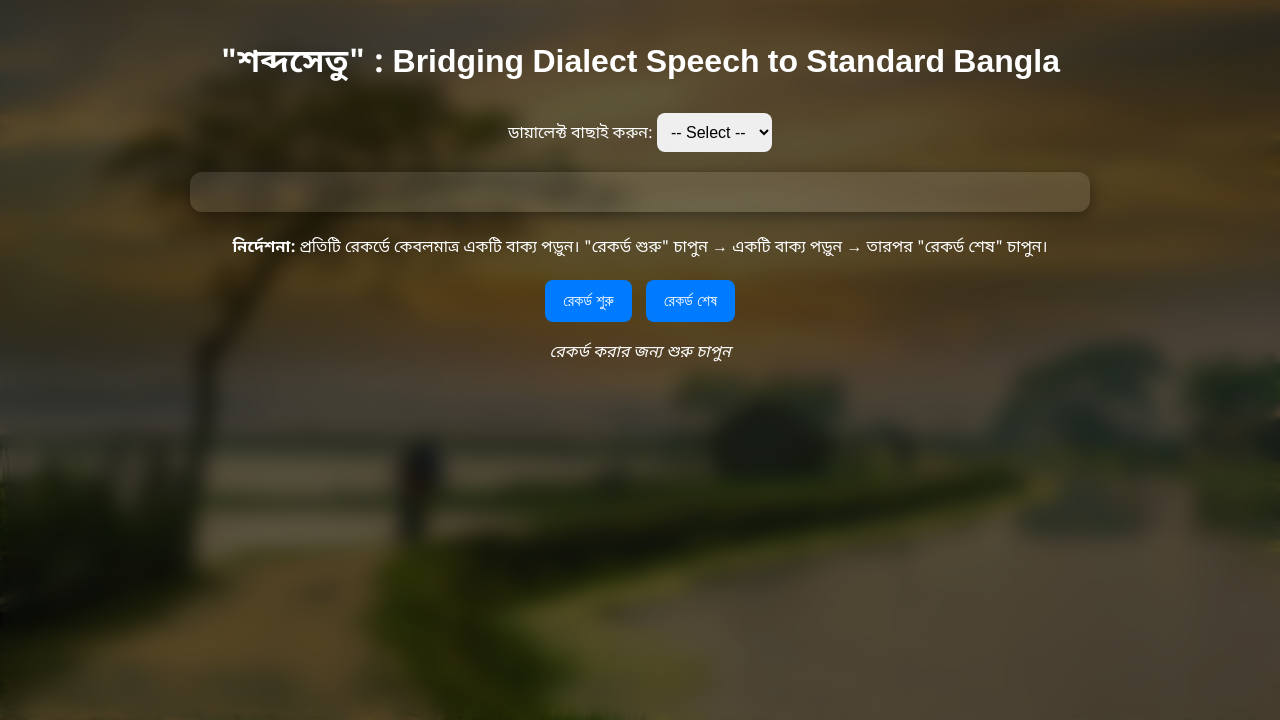
Repository: Sayeem-Velocity/shobdotori-where-dialects-flow-into-bangla
Page: index.html
The author's editor kept a copy of each file at every save. The page is drawn from the files as they stood at one save, then again after the next save.
The browser window is 1280 px wide. The pictures show the whole page.

Above is the page before, as saved 2025-08-31 15:00:06.
Console error: SyntaxError: Identifier 'sentences' has already been declared

### index.html
<!DOCTYPE html>
<html lang="bn">
<head>
  <meta charset="UTF-8">
  <meta name="viewport" content="width=device-width, initial-scale=1.0">
  <title>শব্দসেতু : Bridging Dialect Speech to Standard Bangla</title>
  <link rel="stylesheet" href="css/style.css">
  <link rel="icon" type="image/png" href="images/image.png">
</head>
<body>
  <div class="overlay"></div>
  <div class="container">
    <h1 class="title">"শব্দসেতু" : Bridging Dialect Speech to Standard Bangla</h1>

    <!-- Dropdown -->
    <div class="dropdown">
      <label for="dialect">ডায়ালেক্ট বাছাই করুন:</label>
      <select id="dialect">
        <option value="">-- Select --</option>
        <option value="mymensingh">ময়মনসিংহ</option>
        <option value="comilla">কুমিল্লা</option>
        <option value="noakhali">নোয়াখালী</option>
        <option value="feni">ফেনী</option>
        <option value="brahmanbaria">ব্রাহ্মণবাড়িয়া</option>
        <option value="gaibandha">গাইবান্ধা</option>
        <option value="kurigram">কুড়িগ্রাম</option>
        <option value="jessore">যশোর</option>
        <option value="kushtia">কুষ্টিয়া</option>
        <option value="jhenaidah">ঝিনাইদহ</option>
        <option value="bagerhat">বাগেরহাট</option>
        <option value="khulna">খুলনা</option>
        <option value="patuakhali">পটুয়াখালী</option>
        <option value="bhola">ভোলা</option>
        <option value="panchagarh">পঞ্চগড়</option>
        <option value="lalmonirhat">লালমনিরহাট</option>
        <option value="dinajpur">দিনাজপুর</option>
        <option value="rajshahi">রাজশাহী</option>
        <option value="natore">নাটোর</option>
        <option value="pabna">পাবনা</option>
        <option value="sirajganj">সিরাজগঞ্জ</option>
        <option value="chandpur">চাঁদপুর</option>
        <option value="lakshmipur">লক্ষ্মীপুর</option>
        <option value="sandwip">সন্দ্বীপ</option>
      </select>
    </div>

    <!-- Sentences -->
    <div id="sentences" class="sentence-box"></div>

    <!-- Recorder -->
    <div class="recorder">
      <p><b>নির্দেশনা:</b> প্রতিটি রেকর্ডে কেবলমাত্র একটি বাক্য পড়ুন।
      "রেকর্ড শুরু" চাপুন → একটি বাক্য পড়ুন → তারপর "রেকর্ড শেষ" চাপুন।</p>

      <button id="startBtn">রেকর্ড শুরু</button>
      <button id="stopBtn" disabled>রেকর্ড শেষ</button>
      <p id="status">রেকর্ড করার জন্য শুরু চাপুন</p>
    </div>
  </div>

  <script src="js/app.js"></script>
</body>
</html>

### css/style.css
body {
  margin: 0;
  font-family: "Noto Sans Bengali", sans-serif;
  color: #fff;
  background: url("../images/image1.png") no-repeat center center fixed;
  background-size: cover;
  overflow-x: hidden;
  position: relative;
}

/* blur overlay */
.overlay {
  position: fixed;
  top: 0; left: 0; right: 0; bottom: 0;
  background: rgba(0, 0, 0, 0.6);

  /* Blur for modern browsers */
  backdrop-filter: blur(10px);

  /* Safari / iOS fallback */
  -webkit-backdrop-filter: blur(10px);

  z-index: -1;
}

.container {
  max-width: 900px;
  margin: auto;
  padding: 30px;
  text-align: center;
  animation: fadeIn 2s ease-in-out;
}

.title {
  font-size: 32px;
  margin-bottom: 20px;
  animation: float 3s ease-in-out infinite;
}

.dropdown {
  margin-bottom: 20px;
}

select {
  padding: 10px;
  border-radius: 8px;
  border: none;
  font-size: 16px;
}

.sentence-box {
  background: rgba(255,255,255,0.1);
  border-radius: 12px;
  padding: 20px;
  margin-top: 20px;
  text-align: left;
  max-height: 300px;
  overflow-y: auto;
  box-shadow: 0 4px 15px rgba(0,0,0,0.4);
}

.sentence-box p {
  padding: 8px;
  border-bottom: 1px solid rgba(255,255,255,0.2);
  transition: transform 0.2s;
}

.sentence-box p:hover {
  transform: scale(1.05);
  background: rgba(255,255,255,0.15);
  cursor: pointer;
}

.recorder {
  margin-top: 25px;
}

button {
  background: #007bff;
  color: white;
  border: none;
  padding: 12px 18px;
  margin: 5px;
  border-radius: 8px;
  font-size: 16px;
  transition: all 0.3s;
}

button:hover {
  background: #0056b3;
  transform: translateY(-2px);
}

#status {
  margin-top: 15px;
  font-style: italic;
}

@keyframes float {
  0% { transform: translateY(0);}
  50% { transform: translateY(-10px);}
  100% { transform: translateY(0);}
}

@keyframes fadeIn {
  from { opacity: 0;}
  to { opacity: 1;}
}

### js/app.js
// Sentences
const sentences = [
  "তুমি এখন কোথায় যাচ্ছো?", "আমি আজকে বাড়ি যাচ্ছি।", "এখন কয়টা বাজে বলো?", "দুপুর ইতিমধ্যেই হয়ে গেছে।",
  // ... include all 100 sentences as before
];

const sentenceBox = document.getElementById("sentences");
sentences.forEach((s, i) => {
  const p = document.createElement("p");
  p.textContent = (i+1) + ". " + s;
  sentenceBox.appendChild(p);
});

// 🎤 Recording
let mediaRecorder;
let audioChunks = [];
let fileIndexMap = {}; // counters per dialect

const startBtn = document.getElementById("startBtn");
const stopBtn = document.getElementById("stopBtn");
const status = document.getElementById("status");
const dialectSelect = document.getElementById("dialect");

startBtn.onclick = async () => {
  const dialect = dialectSelect.value;
  if (!dialect) {
    alert("প্রথমে একটি ডায়ালেক্ট নির্বাচন করুন");
    return;
  }

  // init counter
  if (!(dialect in fileIndexMap)) fileIndexMap[dialect] = 0;

  const stream = await navigator.mediaDevices.getUserMedia({ audio: true });
  mediaRecorder = new MediaRecorder(stream);
  mediaRecorder.start();
  audioChunks = [];

  mediaRecorder.ondataavailable = e => audioChunks.push(e.data);

  mediaRecorder.onstop = () => {
    const blob = new Blob(audioChunks, { type: "audio/wav" });
    const url = URL.createObjectURL(blob);

    const fileName = `${dialect}_train (${fileIndexMap[dialect]++}).wav`;

    // Trigger browser download (user must save into D:\BanglaSpeechUI\audio\<dialect>)
    const a = document.createElement("a");
    a.href = url;
    a.download = fileName;
    a.click();

    status.textContent = `ফাইল সংরক্ষিত হয়েছে: ${fileName}`;
  };

  status.textContent = "রেকর্ড চলছে... এখন একটি বাক্য পড়ুন।";
  startBtn.disabled = true;
  stopBtn.disabled = false;
};

stopBtn.onclick = () => {
  mediaRecorder.stop();
  status.textContent = "রেকর্ড শেষ হয়েছে। নতুন রেকর্ড শুরু করতে উপরের বোতাম চাপুন।";
  startBtn.disabled = false;
  stopBtn.disabled = true;
};
// Sentences
const sentences = [
  "তুমি এখন কোথায় যাচ্ছো?", "আমি আজকে বাড়ি যাচ্ছি।", "এখন কয়টা বাজে বলো?", "দুপুর ইতিমধ্যেই হয়ে গেছে।",
  // ... include all 100 sentences as before
];

const sentenceBox = document.getElementById("sentences");
sentences.forEach((s, i) => {
  const p = document.createElement("p");
  p.textContent = (i+1) + ". " + s;
  sentenceBox.appendChild(p);
});

// 🎤 Recording
let mediaRecorder;
let audioChunks = [];
let fileIndexMap = {}; // counters per dialect

const startBtn = document.getElementById("startBtn");
const stopBtn = document.getElementById("stopBtn");
const status = document.getElementById("status");
const dialectSelect = document.getElementById("dialect");

startBtn.onclick = async () => {
  const dialect = dialectSelect.value;
  if (!dialect) {
    alert("প্রথমে একটি ডায়ালেক্ট নির্বাচন করুন");
    return;
  }

  // init counter
  if (!(dialect in fileIndexMap)) fileIndexMap[dialect] = 0;

  const stream = await navigator.mediaDevices.getUserMedia({ audio: true });
  mediaRecorder = new MediaRecorder(stream);
  mediaRecorder.start();
  audioChunks = [];

  mediaRecorder.ondataavailable = e => audioChunks.push(e.data);

  mediaRecorder.onstop = () => {
    const blob = new Blob(audioChunks, { type: "audio/wav" });
    const url = URL.createObjectURL(blob);

    const fileName = `${dialect}_train (${fileIndexMap[dialect]++}).wav`;

    // Trigger browser download (user must save into D:\BanglaSpeechUI\audio\<dialect>)
    const a = document.createElement("a");
    a.href = url;
    a.download = fileName;
    a.click();

    status.textContent = `ফাইল সংরক্ষিত হয়েছে: ${fileName}`;
  };

  status.textContent = "রেকর্ড চলছে... এখন একটি বাক্য পড়ুন।";
  startBtn.disabled = true;
  stopBtn.disabled = false;
};

stopBtn.onclick = () => {
  mediaRecorder.stop();
  status.textContent = "রেকর্ড শেষ হয়েছে। নতুন রেকর্ড শুরু করতে উপরের বোতাম চাপুন।";
  startBtn.disabled = false;
  stopBtn.disabled = true;
};

After the next save:
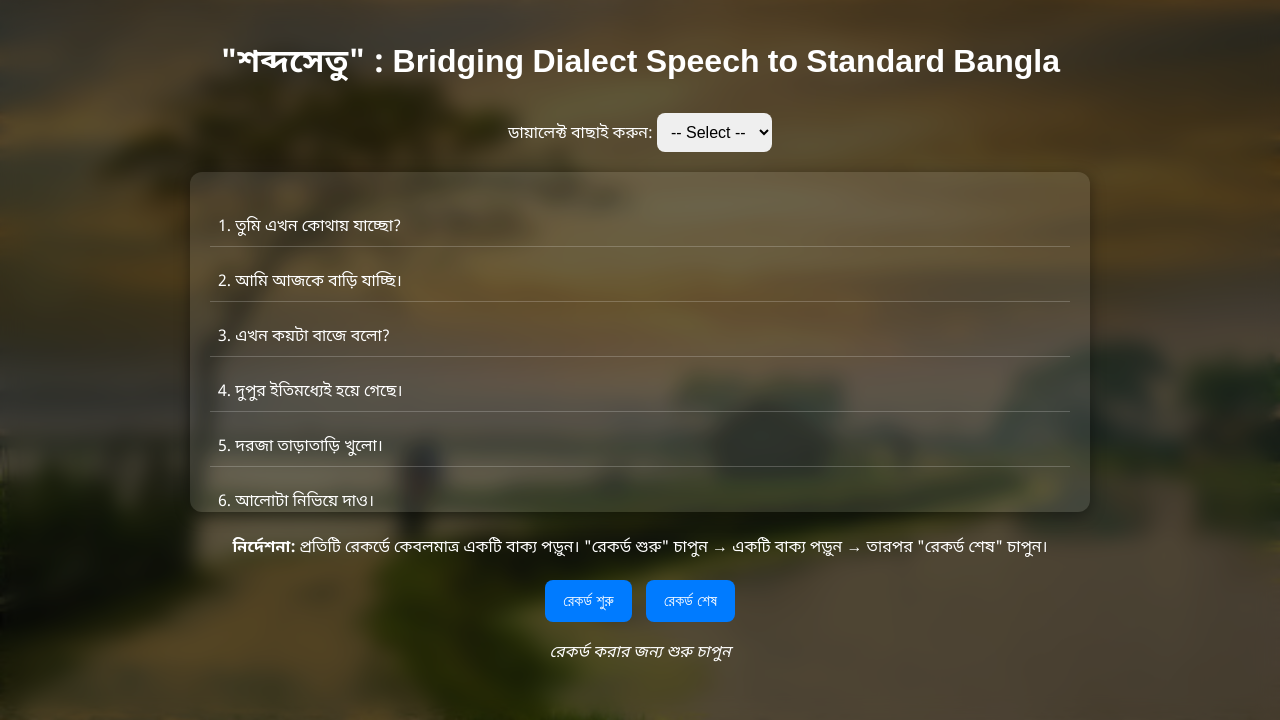
The error is gone.
Saved 11 s later.
--- a/js/app.js
+++ b/js/app.js
@@ -1,9 +1,33 @@
-// Sentences
+// ✅ 100 Bangla sentences
 const sentences = [
   "তুমি এখন কোথায় যাচ্ছো?", "আমি আজকে বাড়ি যাচ্ছি।", "এখন কয়টা বাজে বলো?", "দুপুর ইতিমধ্যেই হয়ে গেছে।",
-  // ... include all 100 sentences as before
+  "দরজা তাড়াতাড়ি খুলো।", "আলোটা নিভিয়ে দাও।", "আমি কিছু খেতে চাই।", "ভাত একেবারে হয়ে গেছে।",
+  "আমাকে একটু পানি দাও।", "আমি আজ খুব ক্লান্ত।", "চল আমরা বাইরে যাই।", "আমি এখনই আসছি।",
+  "তুমি কি কাল আসবে?", "আজকে খুব গরম লাগছে।", "বাইরে বৃষ্টি পড়ছে।", "ছাতা নিয়ে যাও এখন।",
+  "তুমি আজ কেমন আছো?", "আমি খুব ভালো আছি।", "এখানে এসে বসো।", "ওই বইটা আমাকে দাও।",
+  "তোমার নামটা কী বলো?", "আমার নাম রফিক হাসান।", "তুমি কোথা থেকে আসছো?", "আমি চট্টগ্রাম শহর থেকে।",
+  "তুমি কি পড়াশোনা করছো?", "আমি এখন বাংলা পড়ছি।", "দরজায় কে দাঁড়িয়েছে?", "আমি এখানেই ছিলাম।",
+  "তুমি কি এখন ব্যস্ত?", "হ্যাঁ, আমি একটু ব্যস্ত।", "তুমি কি কিছু খাবে?", "আমি এক কাপ চা খাবো।",
+  "ভাত খাওয়া শেষ হয়েছে?", "হ্যাঁ, এখনই শেষ হয়েছে।", "তুমি কি গান শুনছো?", "হ্যাঁ, আমি গান শুনছি।",
+  "আমি মাঝে মাঝে গান গাই।", "টিভি এখনই চালাও।", "টিভি তাড়াতাড়ি বন্ধ করো।", "আমি বই পড়তে চাই।",
+  "তোমার কলমটা কোথায়?", "কলমটা এখানেই আছে।", "আমাকে মোবাইলটা দাও তো।", "ফোনের চার্জ শেষ হয়ে গেছে।",
+  "তোমার বাসা কোথায় বলো?", "আমার বাসা ঢাকার ভিতরে।", "আজ শুক্রবার সকাল।", "আগামীকাল ছুটির দিন।",
+  "তুমি কি সত্যিই আসবে?", "হ্যাঁ, আমি অবশ্যই আসবো।", "তুমি আজ কেমন আছো?", "আমি মোটামুটি ভালো আছি।",
+  "আজ আমি খুব খুশি।", "আমি অনেক দুঃখিত আছি।", "আমাকে ক্ষমা করে দাও।", "তোমাকে অনেক ধন্যবাদ।",
+  "তুমি কি কফি খাবে?", "না, আমি শুধু চা খাবো।", "এখন আমার ঘুম পাচ্ছে।", "আমি ঘুমাতে যাচ্ছি।",
+  "দরজাটা বন্ধ করে দাও।", "জানালাটা একটু খুলো।", "শীতল বাতাস আসছে।", "বৃষ্টি এখন থেমে গেছে।",
+  "আমি কোথায় যাবো এখন?", "তুমি বাজারে চলে যাও।", "বাজার কতদূরে আছে?", "বাজারটা খুব কাছেই আছে।",
+  "আমি হাঁটতে যাবো এখন।", "চল আমরা একসাথে হাঁটি।", "আমি নতুন বন্ধু চাই।", "তুমি আমার সেরা বন্ধু।",
+  "তুমি কি এখন খুশি?", "হ্যাঁ, আমি সত্যিই খুশি।", "আজ স্কুল বন্ধ রয়েছে।", "আমি খেলতে যাচ্ছি।",
+  "তুমি কি ফুটবল খেলবে?", "না, আমি ক্রিকেট খেলবো।", "আজ ম্যাচ শুরু হয়েছে।", "বাংলাদেশ আজ জিতেছে।",
+  "আমি গান শুনছি এখন।", "তুমি কী পড়ছো বলো?", "হ্যাঁ, আমি বাংলা পড়ছি।", "আমি কবিতা লিখছি।",
+  "তুমি কী কাজ করছো?", "আমি রান্না করছি এখন।", "খাওয়া তৈরি হয়েছে কি?", "হ্যাঁ, এখনই তৈরি হয়েছে।",
+  "খেতে এসো সবাই।", "আমি তাড়াতাড়ি আসছি।", "আমাকে এখনই ডাকো।", "তুমি কই গিয়েছিলে বলো?",
+  "আমি বাজারে গিয়েছিলাম।", "তুমি কী কিনেছো বলো?", "আমি ফলমূল কিনেছি।", "এই আমটা খুব মিষ্টি।",
+  "আমি লিচু খেতে চাই।", "দুধটা এখন গরম আছে।", "চাল আনো ঘরের ভিতর।", "ডালটা আমাকে দাও।"
 ];
 
+// Load sentences in UI
 const sentenceBox = document.getElementById("sentences");
 sentences.forEach((s, i) => {
   const p = document.createElement("p");
@@ -28,7 +52,6 @@ startBtn.onclick = async () => {
     return;
   }
 
-  // init counter
   if (!(dialect in fileIndexMap)) fileIndexMap[dialect] = 0;
 
   const stream = await navigator.mediaDevices.getUserMedia({ audio: true });
@@ -44,7 +67,7 @@ startBtn.onclick = async () => {
 
     const fileName = `${dialect}_train (${fileIndexMap[dialect]++}).wav`;
 
-    // Trigger browser download (user must save into D:\BanglaSpeechUI\audio\<dialect>)
+    // Trigger download
     const a = document.createElement("a");
     a.href = url;
     a.download = fileName;
@@ -53,80 +76,14 @@ startBtn.onclick = async () => {
     status.textContent = `ফাইল সংরক্ষিত হয়েছে: ${fileName}`;
   };
 
-  status.textContent = "রেকর্ড চলছে... এখন একটি বাক্য পড়ুন।";
+  status.textContent = "রেকর্ড চলছে... একটি মাত্র বাক্য পড়ুন।";
   startBtn.disabled = true;
   stopBtn.disabled = false;
 };
 
 stopBtn.onclick = () => {
   mediaRecorder.stop();
-  status.textContent = "রেকর্ড শেষ হয়েছে। নতুন রেকর্ড শুরু করতে উপরের বোতাম চাপুন।";
+  status.textContent = "রেকর্ড শেষ হয়েছে। পরের বাক্যের জন্য আবার 'রেকর্ড শুরু' চাপুন।";
   startBtn.disabled = false;
   stopBtn.disabled = true;
 };
-// Sentences
-const sentences = [
-  "তুমি এখন কোথায় যাচ্ছো?", "আমি আজকে বাড়ি যাচ্ছি।", "এখন কয়টা বাজে বলো?", "দুপুর ইতিমধ্যেই হয়ে গেছে।",
-  // ... include all 100 sentences as before
-];
-
-const sentenceBox = document.getElementById("sentences");
-sentences.forEach((s, i) => {
-  const p = document.createElement("p");
-  p.textContent = (i+1) + ". " + s;
-  sentenceBox.appendChild(p);
-});
-
-// 🎤 Recording
-let mediaRecorder;
-let audioChunks = [];
-let fileIndexMap = {}; // counters per dialect
-
-const startBtn = document.getElementById("startBtn");
-const stopBtn = document.getElementById("stopBtn");
-const status = document.getElementById("status");
-const dialectSelect = document.getElementById("dialect");
-
-startBtn.onclick = async () => {
-  const dialect = dialectSelect.value;
-  if (!dialect) {
-    alert("প্রথমে একটি ডায়ালেক্ট নির্বাচন করুন");
-    return;
-  }
-
-  // init counter
-  if (!(dialect in fileIndexMap)) fileIndexMap[dialect] = 0;
-
-  const stream = await navigator.mediaDevices.getUserMedia({ audio: true });
-  mediaRecorder = new MediaRecorder(stream);
-  mediaRecorder.start();
-  audioChunks = [];
-
-  mediaRecorder.ondataavailable = e => audioChunks.push(e.data);
-
-  mediaRecorder.onstop = () => {
-    const blob = new Blob(audioChunks, { type: "audio/wav" });
-    const url = URL.createObjectURL(blob);
-
-    const fileName = `${dialect}_train (${fileIndexMap[dialect]++}).wav`;
-
-    // Trigger browser download (user must save into D:\BanglaSpeechUI\audio\<dialect>)
-    const a = document.createElement("a");
-    a.href = url;
-    a.download = fileName;
-    a.click();
-
-    status.textContent = `ফাইল সংরক্ষিত হয়েছে: ${fileName}`;
-  };
-
-  status.textContent = "রেকর্ড চলছে... এখন একটি বাক্য পড়ুন।";
-  startBtn.disabled = true;
-  stopBtn.disabled = false;
-};
-
-stopBtn.onclick = () => {
-  mediaRecorder.stop();
-  status.textContent = "রেকর্ড শেষ হয়েছে। নতুন রেকর্ড শুরু করতে উপরের বোতাম চাপুন।";
-  startBtn.disabled = false;
-  stopBtn.disabled = true;
-};
